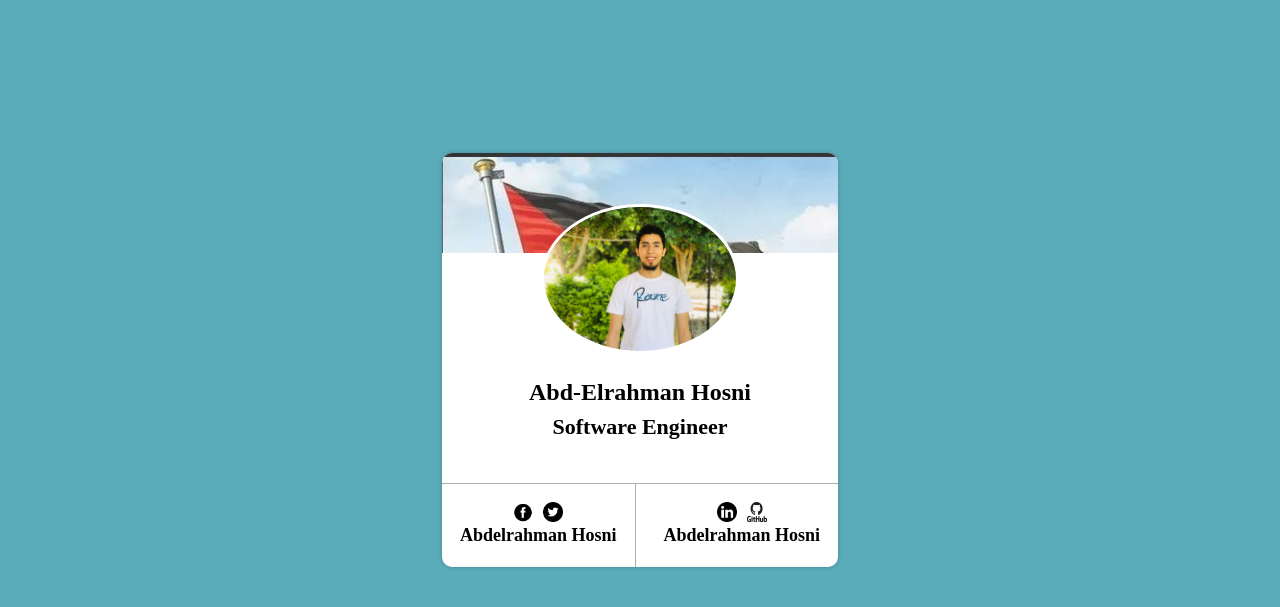
Repository: Abdo-Hosni123/Html-and-css-projects
Page: index.html
An editor plug-in stored every save of this project. The page is shown before and after the next save, followed by the edit.
The browser window is 1280 px wide. The pictures show the whole page.

Above is the page before, as saved 2023-12-06 01:09:57.

After the next save:
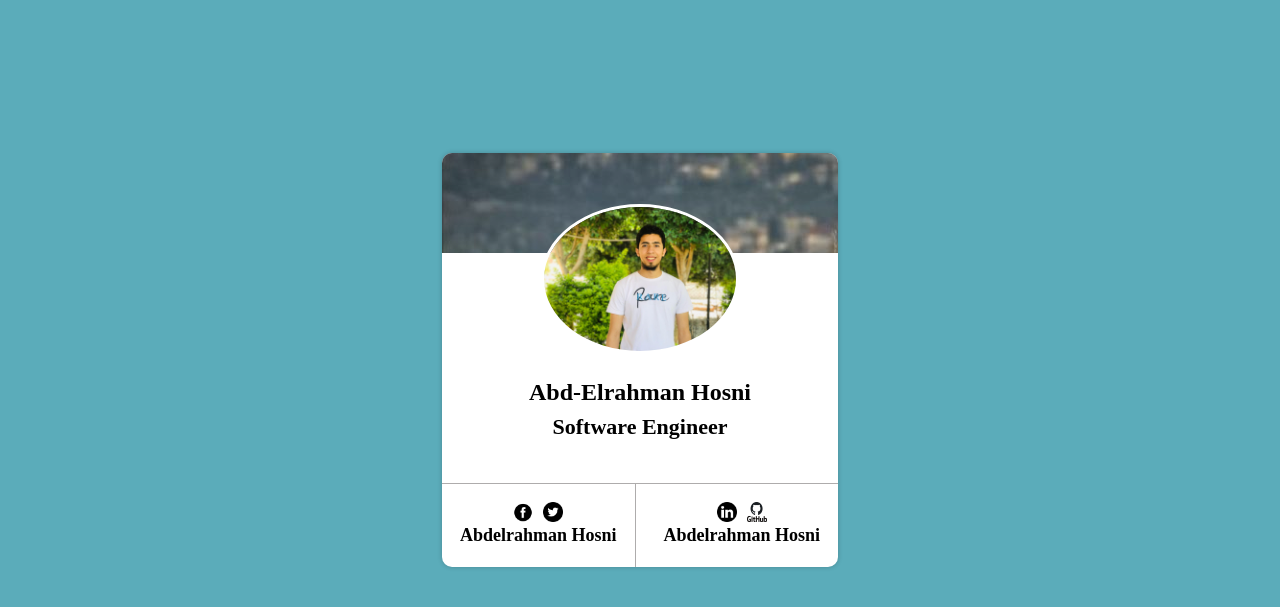
Saved 116 s later.
--- a/Style.css
+++ b/Style.css
@@ -61,7 +61,7 @@ h6 {
   height: 100px;
   background-color: #e5e5f7;
   opacity: 0.8;
-  background-image: url(/assets/palestine.jpg);
+  background-image: url(/assets/palestine.jpeg);
   /* background-color: #5bacba;
   opacity: 0.5;
   background-image: linear-gradient(135deg, #446740 25%, transparent 25%),
